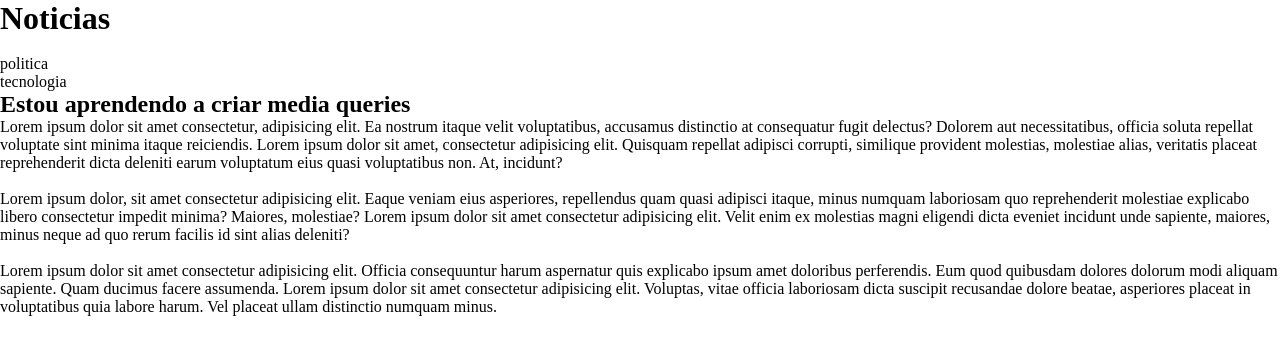
Repository: Lucianorodriguesdev/cursoHTML-CSS
Page: ex026/mq001/index.html
These files come from the project's save history. The page is drawn as it stood at one moment and after the next save; the edit follows.
The browser window is 1280 px wide. The pictures show the whole page.

Above is the page before, as saved 2026-07-13 17:06:25.

### ex026/mq001/index.html
<!DOCTYPE html>
<html lang="en">
<head>
    <meta charset="UTF-8">
    <meta name="viewport" content="width=device-width, initial-scale=1.0">
    <link rel="stylesheet" href="estilo/tela.css" media="screen"> <!--Se quisesse aplicar para todos ao inves de screen seria "all"-->
    <link rel="stylesheet" href="estilo/impressao.css" media="print">
    <title>Media Queries</title>
</head>
<body>
    <header>
        <h1>Noticias</h1>
        <menu>
            <ul>
                <li></li>
                <li>politica</li>
                <li>tecnologia</li>
            </ul>
        </menu>

    </header>
    <main>
        <article>
            <h2>Estou aprendendo a criar media queries</h2>
            <p>Lorem ipsum dolor sit amet consectetur, adipisicing elit. Ea nostrum itaque velit voluptatibus, accusamus distinctio at consequatur fugit delectus? Dolorem aut necessitatibus, officia soluta repellat voluptate sint minima itaque reiciendis. Lorem ipsum dolor sit amet, consectetur adipisicing elit. Quisquam repellat adipisci corrupti, similique provident molestias, molestiae alias, veritatis placeat reprehenderit dicta deleniti earum voluptatum eius quasi voluptatibus non. At, incidunt?</p>
            <br>
            <p>Lorem ipsum dolor, sit amet consectetur adipisicing elit. Eaque veniam eius asperiores, repellendus quam quasi adipisci itaque, minus numquam laboriosam quo reprehenderit molestiae explicabo libero consectetur impedit minima? Maiores, molestiae?
                Lorem ipsum dolor sit amet consectetur adipisicing elit. Velit enim ex molestias magni eligendi dicta eveniet incidunt unde sapiente, maiores, minus neque ad quo rerum facilis id sint alias deleniti?
            </p>
            <br>
            <p>
                Lorem ipsum dolor sit amet consectetur adipisicing elit. Officia consequuntur harum aspernatur quis explicabo ipsum amet doloribus perferendis. Eum quod quibusdam dolores dolorum modi aliquam sapiente. Quam ducimus facere assumenda. Lorem ipsum dolor sit amet consectetur adipisicing elit. Voluptas, vitae officia laboriosam dicta suscipit recusandae dolore beatae, asperiores placeat in voluptatibus quia labore harum. Vel placeat ullam distinctio numquam minus.

            </p>
        </article>
    </main>
</body>
</html>

### ex026/mq001/estilo/tela.css
@charset "UTF-8";

/* Estilo para telas */
*{
    margin: 0px;
    padding: 0px;
}

### ex026/mq001/estilo/impressao.css
@charset "UTF-8";

/* Estilo para impressao */

After the next save:
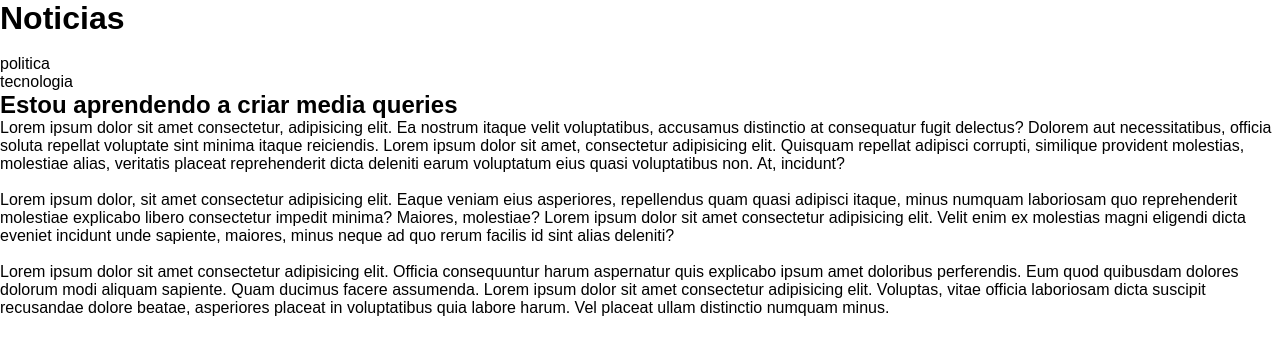
Saved 23 s later.
--- a/ex026/mq001/estilo/tela.css
+++ b/ex026/mq001/estilo/tela.css
@@ -5,3 +5,6 @@
     margin: 0px;
     padding: 0px;
 }
+html{
+    font-family: Arial, Helvetica, sans-serif;
+}
